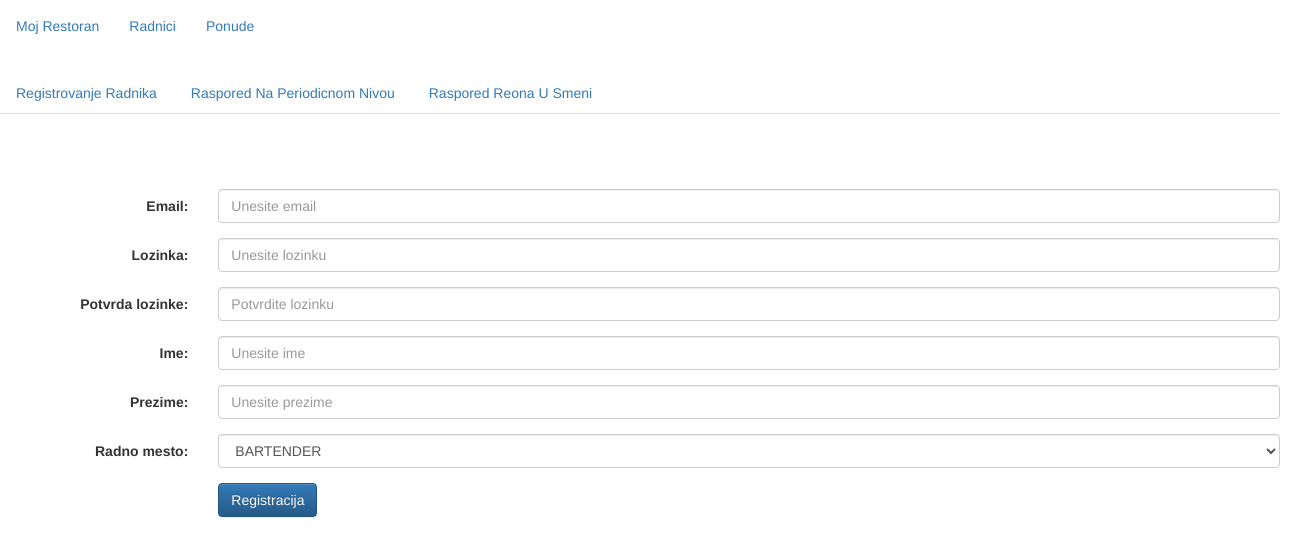
Repository: milanadam94/ISA-2016
Page: jpa-example/src/main/webapp/RestaurantManager/RestaurantManagerWorkers.html
These files come from the project's save history. The page is drawn as it stood at one moment and after the next save; the edit follows.
The browser window is 1280 px wide. The page is 1295 px wide, then 1280 px, so the pictures cover 1295 px, including what lies to the right of the window. The pictures show the whole page.
Some web libraries are served in a nearby version.

Above is the page before, as saved 2017-02-26 04:10:00.

After the next save:
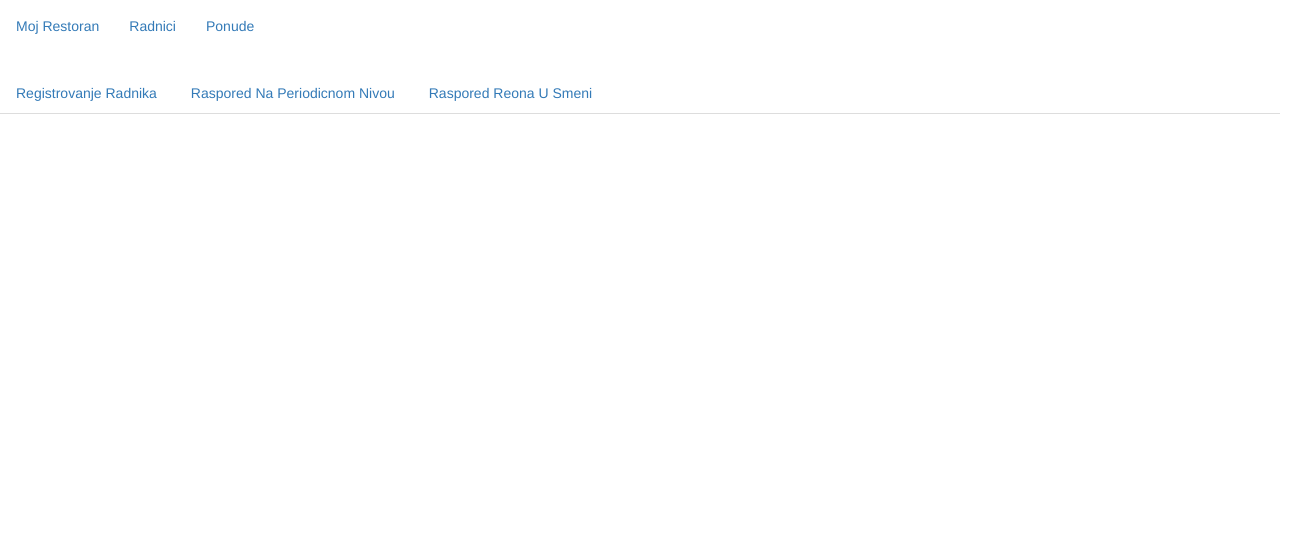
Saved 3 min 39 s later.
--- a/jpa-example/src/main/webapp/RestaurantManager/RestaurantManagerWorkers.html
+++ b/jpa-example/src/main/webapp/RestaurantManager/RestaurantManagerWorkers.html
@@ -123,6 +123,6 @@
 
 
 <!-- ANGULAR SCRIPT -->
-<script src="RestaurantManagerOfferers.js"></script>
+<script src="RestaurantManagerWorkers.js"></script>
 
 </html>
